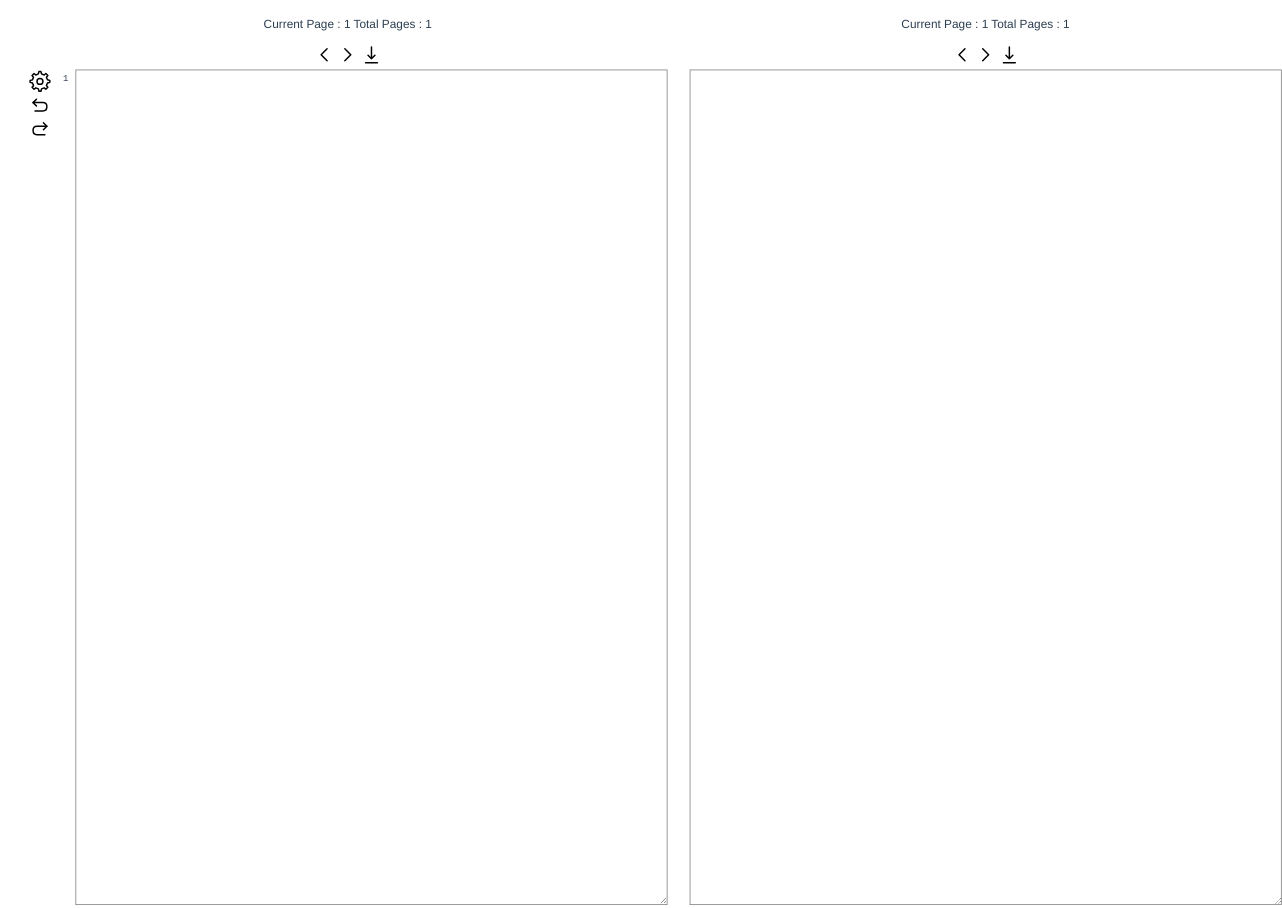
Repository: 321paranoiawhy/online-resume
Page: /
These files come from the project's save history. The page is drawn as it stood at one moment and after the next save; the edit follows.
The browser window is 1280 px wide. The page is 1732 px wide, so the pictures cover 1732 px, including what lies to the right of the window. The pictures show the whole page, at 74% of full size.
The project was rebuilt for these pictures with package versions that can differ from the ones it lists, and the page was loaded fresh each time. Also part of the build but not shown: vue.config.js, src/components/Header.vue, src/components/Introduction.vue, src/components/Footer.vue.

Above is the page before, as saved 2022-05-28 22:01:52.

After the next save:
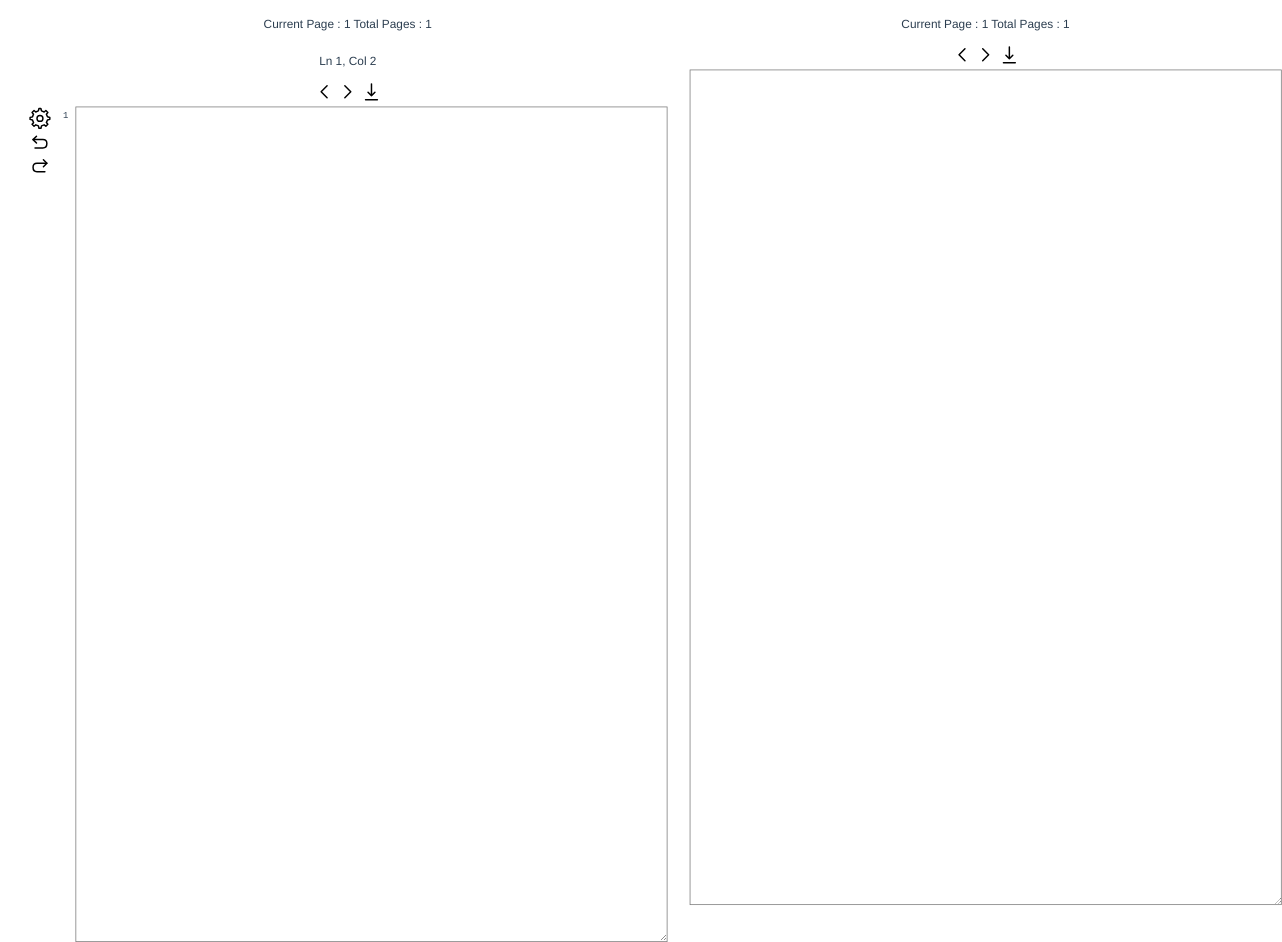
Saved 72 s later.
--- a/src/components/LeftInput.vue
+++ b/src/components/LeftInput.vue
@@ -4,7 +4,8 @@
             Current Page : {{ currentInputPage }} Total Pages :
             {{ totalInputPage }}
         </p>
-        <!-- <p>Ln {{ currentLine }} Col {{ currentColumn }}</p> -->
+        <!-- <p>Ln {{ currentLine }}, Col {{ currentColumn }}</p> -->
+        <p>Ln 1, Col 2</p>
         <div>
             <img
                 v-for="(item, index) in leftInputImage"
